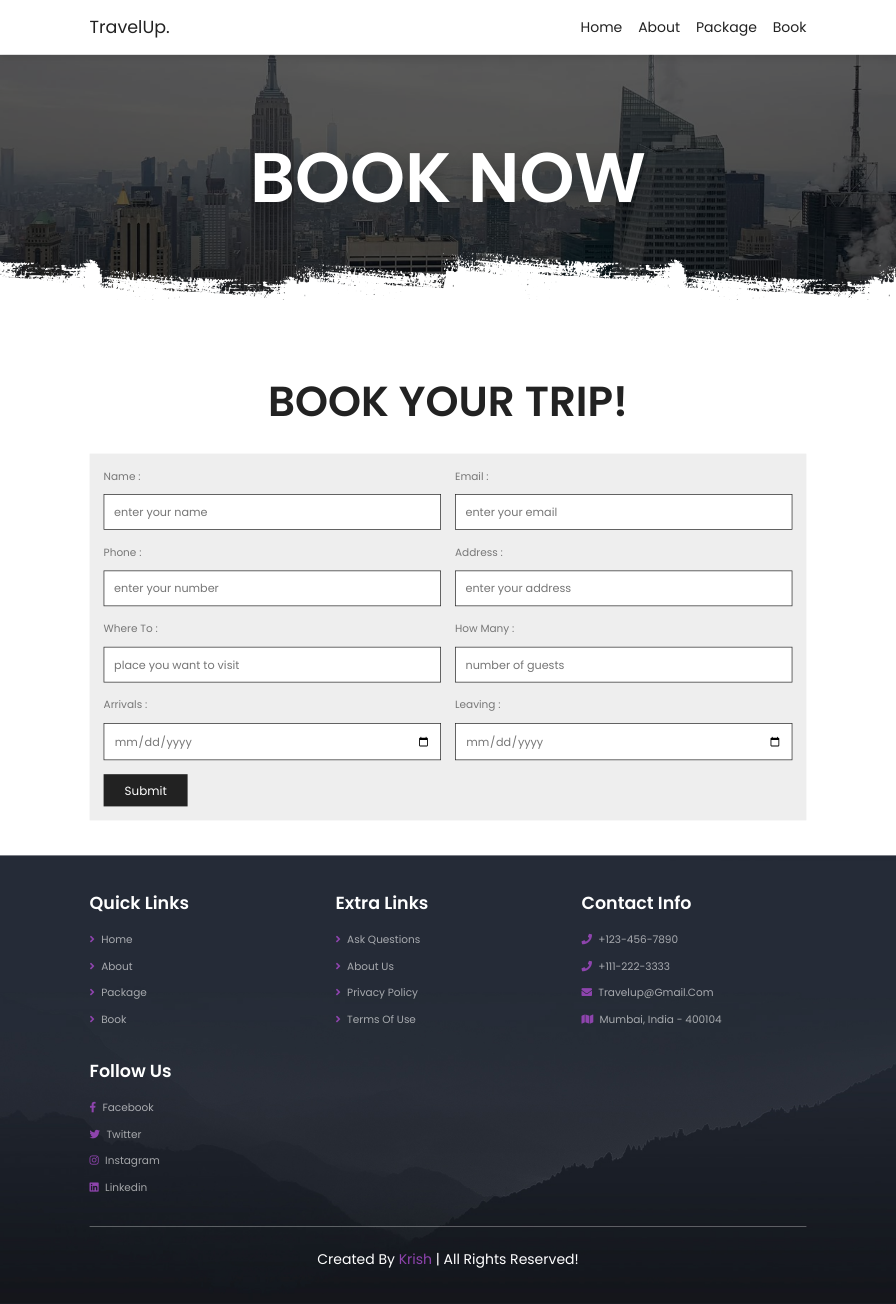
Repository: tanya2468/travel_agency
Page: http://localhost/book.php
The author's editor kept a copy of each file at every save. The page is drawn from the files as they stood at one save, then again after the next save.
The browser window is 1280 px wide. The pictures show the whole page, at 70% of full size.
The page is run by PHP 8.4 with error messages shown; the project is at /var/www/html/.

Above is the page before, as saved 2024-11-06 14:32:42.
Console error: TypeError: Cannot set properties of null (setting 'onclick')

After the next save:
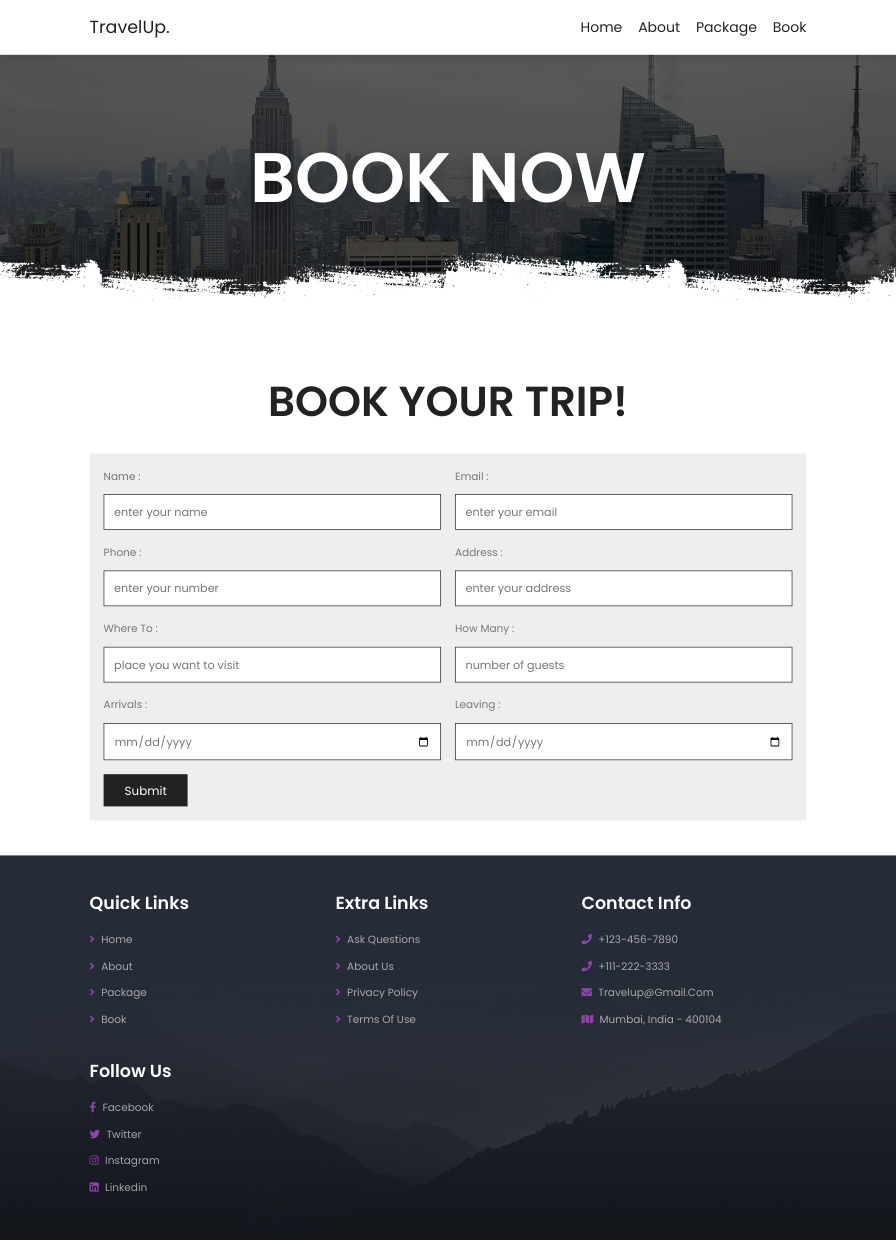
Saved 10 min 44 s later.
--- a/footer.php
+++ b/footer.php
@@ -36,6 +36,5 @@
 
    </div>
 
-   <div class="credit"> created by <span>krish</span> | all rights reserved! </div>
 
 </section>
